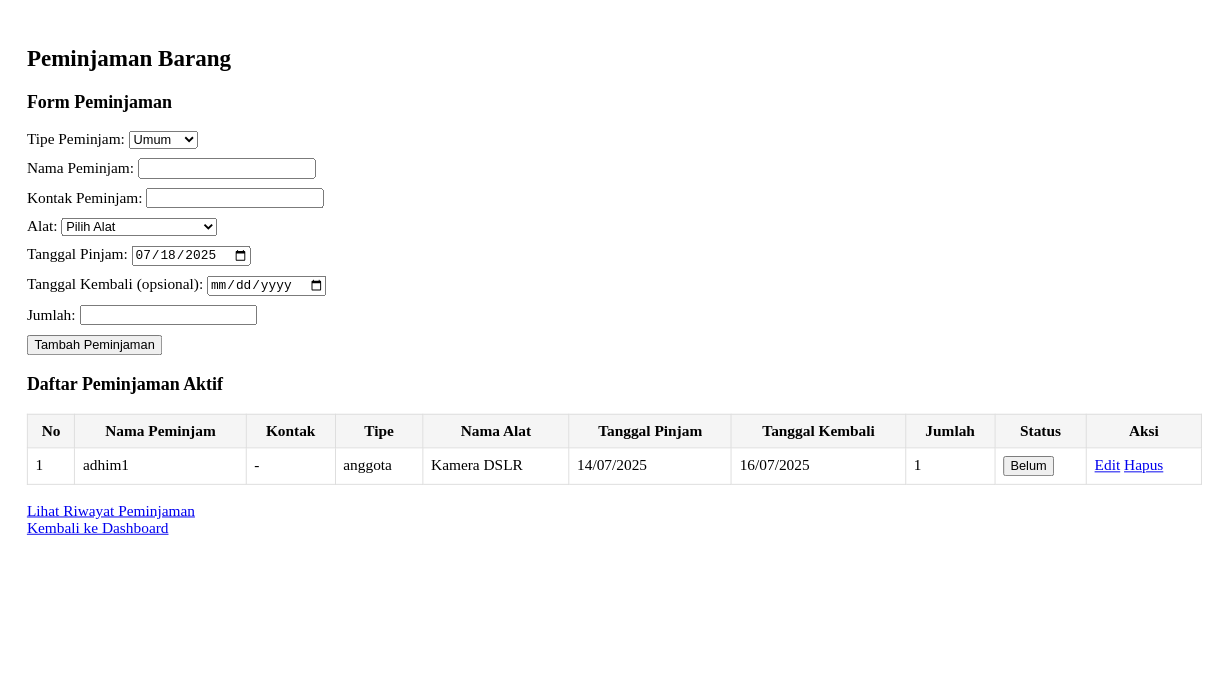
Repository: fatkquladhim/multimedia_app
Page: http://localhost/admin/peminjaman/peminjaman-barang.php
The author's editor kept a copy of each file at every save. The page is drawn from the files as they stood at one save, then again after the next save.
The browser window is 1280 px wide. The pictures show the whole page, at 96% of full size.
Some web libraries are served in a nearby version. The page is run by PHP 8.4 with error messages shown; the project is at /var/www/html/. The session is filled in as if someone had signed in: {"user_id": 2, "username": "asep", "role": "admin"}. Other server files are loaded and not shown. The database holds what the project's SQL file puts in it.

Above is the page before, as saved 2025-07-18 23:00:50.

### admin/peminjaman/peminjaman-barang.php
<?php
session_start();
if (!isset($_SESSION['user_id']) || $_SESSION['role'] !== 'admin') {
    header('Location: ../../auth/login.php');
    exit;
}

require_once '../../includes/db_config.php';
$conn = new mysqli(DB_HOST, DB_USER, DB_PASS, DB_NAME);

// Ambil daftar peminjaman aktif saja (belum dikembalikan)
$query = "SELECT pb.*, a.nama as nama_anggota, al.nama_alat as nama_alat,
          CASE
              WHEN pb.tipe_peminjam = 'umum' THEN pb.nama_peminjam
              ELSE a.nama
          END as nama_peminjam,
          CASE
              WHEN pb.tipe_peminjam = 'umum' THEN pb.kontak_peminjam
              ELSE '-'
          END as kontak
          FROM peminjaman_barang pb
          LEFT JOIN anggota a ON pb.id_anggota = a.id
          LEFT JOIN alat al ON pb.id_alat = al.id
          WHERE pb.status = 'dipinjam'
          ORDER BY pb.tanggal_pinjam DESC";
$result = $conn->query($query);

// Ambil daftar anggota untuk form peminjaman
$query_anggota = "SELECT id, nama FROM anggota ORDER BY nama";
$anggota = $conn->query($query_anggota);

// Ambil daftar alat untuk form peminjaman
$query_alat = "SELECT id, nama_alat, jumlah FROM alat WHERE jumlah > 0 ORDER BY nama_alat";
$alat = $conn->query($query_alat);

// Proses form peminjaman dan update status pengembalian
if ($_SERVER['REQUEST_METHOD'] === 'POST') {
    // Jika admin klik tombol "Sudah dikembalikan"
    if (isset($_POST['kembalikan_id'])) {
        $id = $_POST['kembalikan_id'];
        $stmt = $conn->prepare("UPDATE peminjaman_barang SET status='dikembalikan', tanggal_kembali=CURDATE() WHERE id=?");
        $stmt->bind_param("i", $id);
        $stmt->execute();
        header("Location: peminjaman-barang.php?status=success&message=Status peminjaman diupdate");
        exit;
    }

    // Proses tambah peminjaman
    $tipe_peminjam = $_POST['tipe_peminjam'];
    $id_alat = $_POST['id_alat'];
    $tanggal_pinjam = !empty($_POST['tanggal_pinjam']) ? $_POST['tanggal_pinjam'] : date('Y-m-d');
    $tanggal_kembali = !empty($_POST['tanggal_kembali']) ? $_POST['tanggal_kembali'] : null;
    $jumlah = $_POST['jumlah'];
    // Validasi stok
    $stmt = $conn->prepare("SELECT jumlah FROM alat WHERE id = ?");
    $stmt->bind_param("i", $id_alat);
    $stmt->execute();
    $result_stok = $stmt->get_result();
    $stok = $result_stok->fetch_assoc();
    if ($stok['jumlah'] >= $jumlah) {
        // Prepare statement berdasarkan tipe peminjam
        if ($tipe_peminjam === 'anggota') {
            if ($tanggal_kembali) {
                $id_anggota = $_POST['id_anggota'];
                $stmt = $conn->prepare("INSERT INTO peminjaman_barang (id_anggota, id_alat, tanggal_pinjam, tanggal_kembali, jumlah, status, tipe_peminjam) VALUES (?, ?, ?, ?, ?, 'dipinjam', 'anggota')");
                $stmt->bind_param("iissi", $id_anggota, $id_alat, $tanggal_pinjam, $tanggal_kembali, $jumlah);
            } else {
                $id_anggota = $_POST['id_anggota'];
                $stmt = $conn->prepare("INSERT INTO peminjaman_barang (id_anggota, id_alat, tanggal_pinjam, jumlah, status, tipe_peminjam) VALUES (?, ?, ?, ?, 'dipinjam', 'anggota')");
                $stmt->bind_param("iisi", $id_anggota, $id_alat, $tanggal_pinjam, $jumlah);
            }
        } else {
            $nama_peminjam = $_POST['nama_peminjam'];
            $kontak_peminjam = $_POST['kontak_peminjam'];
            if ($tanggal_kembali) {
                $stmt = $conn->prepare("INSERT INTO peminjaman_barang (id_alat, tanggal_pinjam, tanggal_kembali, jumlah, status, tipe_peminjam, nama_peminjam, kontak_peminjam) VALUES (?, ?, ?, ?, 'dipinjam', 'umum', ?, ?)");
                $stmt->bind_param("ississ", $id_alat, $tanggal_pinjam, $tanggal_kembali, $jumlah, $nama_peminjam, $kontak_peminjam);
            } else {
                $stmt = $conn->prepare("INSERT INTO peminjaman_barang (id_alat, tanggal_pinjam, jumlah, status, tipe_peminjam, nama_peminjam, kontak_peminjam) VALUES (?, ?, ?, 'dipinjam', 'umum', ?, ?)");
                $stmt->bind_param("isiss", $id_alat, $tanggal_pinjam, $jumlah, $nama_peminjam, $kontak_peminjam);
            }
        }
        if ($stmt->execute()) {
            // Update stok
            $stmt = $conn->prepare("UPDATE alat SET jumlah = jumlah - ? WHERE id = ?");
            $stmt->bind_param("ii", $jumlah, $id_alat);
            $stmt->execute();
            header("Location: peminjaman-barang.php?status=success&message=Peminjaman berhasil ditambahkan");
            exit;
        } else {
            header("Location: peminjaman-barang.php?status=error&message=Gagal menambahkan peminjaman");
            exit;
        }
    } else {
        header("Location: peminjaman-barang.php?status=error&message=Stok tidak mencukupi");
        exit;
    }
}
?>

<!DOCTYPE html>
<html>
<head>
    <title>Peminjaman Barang</title>
    <style>
        .container { padding: 20px; }
        .form-group { margin-bottom: 10px; }
        .alert { padding: 10px; margin-bottom: 10px; border-radius: 4px; }
        .alert-success { background-color: #d4edda; color: #155724; }
        .alert-danger { background-color: #f8d7da; color: #721c24; }
        table { width: 100%; border-collapse: collapse; margin-top: 20px; }
        th, td { padding: 8px; border: 1px solid #ddd; }
        th { background-color: #f5f5f5; }
    </style>
    <script>
        function togglePeminjam() {
            var tipe = document.getElementById('tipe_peminjam').value;
            if (tipe === 'umum') {
                document.getElementById('form_umum').style.display = 'block';
                document.getElementById('form_anggota').style.display = 'none';
                document.getElementById('nama_peminjam').required = true;
                document.getElementById('kontak_peminjam').required = true;
                document.getElementById('id_anggota').required = false;
            } else {
                document.getElementById('form_umum').style.display = 'none';
                document.getElementById('form_anggota').style.display = 'block';
                document.getElementById('nama_peminjam').required = false;
                document.getElementById('kontak_peminjam').required = false;
                document.getElementById('id_anggota').required = true;
            }
        }
        // Panggil saat halaman dimuat
        window.onload = togglePeminjam;
    </script>
</head>
<body>
    <div class="container">
        <h2>Peminjaman Barang</h2>

        <?php if (isset($_GET['status']) && isset($_GET['message'])): ?>
            <div class="alert alert-<?php echo $_GET['status'] === 'success' ? 'success' : 'danger'; ?>">
                <?php echo htmlspecialchars($_GET['message']); ?>
            </div>
        <?php endif; ?>

        <h3>Form Peminjaman</h3>
        <form method="POST">
            <div class="form-group">
                <label>Tipe Peminjam:</label>
                <select name="tipe_peminjam" id="tipe_peminjam" onchange="togglePeminjam()" required>
                    <option value="umum">Umum</option>
                    <option value="anggota">Anggota</option>
                </select>
            </div>

            <div id="form_umum">
                <div class="form-group">
                    <label>Nama Peminjam:</label>
                    <input type="text" name="nama_peminjam" id="nama_peminjam">
                </div>
                <div class="form-group">
                    <label>Kontak Peminjam:</label>
                    <input type="text" name="kontak_peminjam" id="kontak_peminjam">
                </div>
            </div>

            <div id="form_anggota" style="display:none">
                <div class="form-group">
                    <label>Pilih Anggota:</label>
                    <select name="id_anggota" id="id_anggota">
                        <option value="">Pilih Anggota</option>
                        <?php while($row = $anggota->fetch_assoc()): ?>
                            <option value="<?php echo $row['id']; ?>">
                                <?php echo htmlspecialchars($row['nama']); ?>
                            </option>
                        <?php endwhile; ?>
                    </select>
                </div>
            </div>

            <div class="form-group">
                <label>Alat:</label>
                <select name="id_alat" required>
                    <option value="">Pilih Alat</option>
                    <?php while($row = $alat->fetch_assoc()): ?>
                        <option value="<?php echo $row['id']; ?>">
                            <?php echo htmlspecialchars($row['nama_alat']); ?> (Stok: <?php echo $row['jumlah']; ?>)
                        </option>
                    <?php endwhile; ?>
                </select>
            </div>

            <div class="form-group">
                <label>Tanggal Pinjam:</label>
                <input type="date" name="tanggal_pinjam" value="<?php echo date('Y-m-d'); ?>" required>
            </div>
            <div class="form-group">
                <label>Tanggal Kembali (opsional):</label>
                <input type="date" name="tanggal_kembali">
            </div>

            <div class="form-group">
                <label>Jumlah:</label>
                <input type="number" name="jumlah" min="1" required>
            </div>

            <button type="submit">Tambah Peminjaman</button>
        </form>

        <h3>Daftar Peminjaman Aktif</h3>
        <table>
            <thead>
            <tr>
                <th>No</th>
                <th>Nama Peminjam</th>
                <th>Kontak</th>
                <th>Tipe</th>
                <th>Nama Alat</th>
                <th>Tanggal Pinjam</th>
                <th>Tanggal Kembali</th>
                <th>Jumlah</th>
                <th>Status</th>
                <th>Aksi</th>
            </tr>
            </thead>
            <tbody>
                <?php
                $no = 1;
                while($row = $result->fetch_assoc()):
                ?>
                <tr>
                    <td><?php echo $no++; ?></td>
                    <td><?php echo htmlspecialchars($row['nama_peminjam']); ?></td>
                    <td><?php echo htmlspecialchars($row['kontak']); ?></td>
                    <td><?php echo htmlspecialchars($row['tipe_peminjam']); ?></td>
                    <td><?php echo htmlspecialchars($row['nama_alat']); ?></td>
                    <td>
                        <?php
                        if (!empty($row['tanggal_pinjam']) && $row['tanggal_pinjam'] !== '0000-00-00') {
                            echo date('d/m/Y', strtotime($row['tanggal_pinjam']));
                        } else {
                            echo '-';
                        }
                        ?>
                    </td>
                     <td>
                        <?php
                        if (!empty($row['tanggal_kembali']) && $row['tanggal_kembali'] !== '0000-00-00') {
                            echo date('d/m/Y', strtotime($row['tanggal_kembali']));
                        } else {
                            echo '-';
                        }
                        ?>
                    </td>
                    <td><?php echo $row['jumlah']; ?></td>
                    <td>
                        <?php if ($row['status'] === 'dipinjam'): ?>
                            <form method="POST" style="display:inline;">
                                <input type="hidden" name="kembalikan_id" value="<?php echo $row['id']; ?>">
                                <button type="submit" onclick="return confirm('Tandai sebagai sudah dikembalikan?')">Belum</button>
                            </form>
                        <?php else: ?>
                            Sudah
                        <?php endif; ?>
                    </td>
                    <td>
                        <a href="edit-barang-peminjaman.php?id=<?php echo $row['id']; ?>">Edit</a>
                        <a href="hapus-peminjaman.php?id=<?php echo $row['id']; ?>"
                           onclick="return confirm('Apakah Anda yakin ingin menghapus peminjaman ini?')">Hapus</a>
                    </td>
                </tr>
                <?php endwhile; ?>
            </tbody>
        </table>

        <br>
        <a href="riwayat-peminjaman-barang.php">Lihat Riwayat Peminjaman</a>
        <br>
        <a href="../dashboard.php">Kembali ke Dashboard</a>
    </div>
</body>
</html>

<?php $conn->close(); ?>

### includes/db_config.php
<?php
// Konfigurasi database
define('DB_HOST', 'localhost');
define('DB_USER', 'root'); // ganti jika user database Anda berbeda
define('DB_PASS', '');     // ganti jika ada password database
define('DB_NAME', 'db_multimedia'); // nama database
?>

### db_multimedia (2).sql (the tables this page reads)
CREATE TABLE `alat` (
  `id` int(11) NOT NULL,
  `nama_alat` varchar(100) NOT NULL,
  `jumlah` int(11) DEFAULT 0,
  `kondisi` varchar(50) DEFAULT NULL
) ENGINE=InnoDB DEFAULT CHARSET=utf8mb4 COLLATE=utf8mb4_general_ci;

INSERT INTO `alat` (`id`, `nama_alat`, `jumlah`, `kondisi`) VALUES
(2, 'sapu', 1, 'Baik'),
(3, 'Kamera DSLR', 1, 'Baik'),
(4, 'Tripod', 8, 'Baik'),
(5, 'Lighting Set', 1, 'Baik'),
(6, 'Microphone', 2, 'Baik'),
(7, 'Green Screen', 0, 'Baik');

ALTER TABLE `alat`
  ADD PRIMARY KEY (`id`);

ALTER TABLE `alat`
  MODIFY `id` int(11) NOT NULL AUTO_INCREMENT, AUTO_INCREMENT=9;

CREATE TABLE `anggota` (
  `id` int(11) NOT NULL,
  `nama` varchar(255) NOT NULL,
  `foto` varchar(255) NOT NULL,
  `alamat` text NOT NULL,
  `email` varchar(255) NOT NULL,
  `no_hp` varchar(15) NOT NULL,
  `id_user` int(11) NOT NULL
) ENGINE=InnoDB DEFAULT CHARSET=utf8mb4 COLLATE=utf8mb4_general_ci;

INSERT INTO `anggota` (`id`, `nama`, `foto`, `alamat`, `email`, `no_hp`, `id_user`) VALUES
(21, 'adhim1', 'Feed IG Zapen (Harlah).jpg', 'maloang', 'fatquladhim@gmail.com', '8925489', 21);

ALTER TABLE `anggota`
  ADD PRIMARY KEY (`id`),
  ADD KEY `id_user` (`id_user`);

ALTER TABLE `anggota`
  MODIFY `id` int(11) NOT NULL AUTO_INCREMENT, AUTO_INCREMENT=23;

ALTER TABLE `anggota`
  ADD CONSTRAINT `anggota_ibfk_1` FOREIGN KEY (`id_user`) REFERENCES `users` (`id`) ON DELETE CASCADE;

CREATE TABLE `peminjaman_barang` (
  `id` int(11) NOT NULL,
  `id_anggota` int(11) DEFAULT NULL,
  `id_alat` int(11) DEFAULT NULL,
  `tanggal_pinjam` date DEFAULT NULL,
  `tanggal_kembali` date DEFAULT NULL,
  `jumlah` int(11) DEFAULT NULL,
  `status` enum('dipinjam','dikembalikan') DEFAULT 'dipinjam',
  `tipe_peminjam` enum('anggota','umum') DEFAULT 'anggota',
  `nama_peminjam` varchar(100) DEFAULT NULL,
  `kontak_peminjam` varchar(50) DEFAULT NULL
) ENGINE=InnoDB DEFAULT CHARSET=utf8mb4 COLLATE=utf8mb4_general_ci;

INSERT INTO `peminjaman_barang` (`id`, `id_anggota`, `id_alat`, `tanggal_pinjam`, `tanggal_kembali`, `jumlah`, `status`, `tipe_peminjam`, `nama_peminjam`, `kontak_peminjam`) VALUES
(8, NULL, 6, '2025-07-12', '2025-07-12', 1, 'dikembalikan', 'umum', 'asep', '2'),
(9, NULL, 2, '2025-07-12', '2025-07-13', 11, 'dikembalikan', 'umum', 'asep', '12'),
(10, 21, 3, '2025-07-14', '2025-07-16', 1, 'dipinjam', 'anggota', NULL, NULL);

ALTER TABLE `peminjaman_barang`
  ADD PRIMARY KEY (`id`),
  ADD KEY `id_anggota` (`id_anggota`),
  ADD KEY `id_alat` (`id_alat`);

ALTER TABLE `peminjaman_barang`
  MODIFY `id` int(11) NOT NULL AUTO_INCREMENT, AUTO_INCREMENT=11;

ALTER TABLE `peminjaman_barang`
  ADD CONSTRAINT `peminjaman_barang_ibfk_1` FOREIGN KEY (`id_anggota`) REFERENCES `anggota` (`id`),
  ADD CONSTRAINT `peminjaman_barang_ibfk_2` FOREIGN KEY (`id_alat`) REFERENCES `alat` (`id`);

Loaded but not shown: admin/header.php (172 lines, source omitted); admin/sidebar.php (114 lines, source omitted)

After the next save:
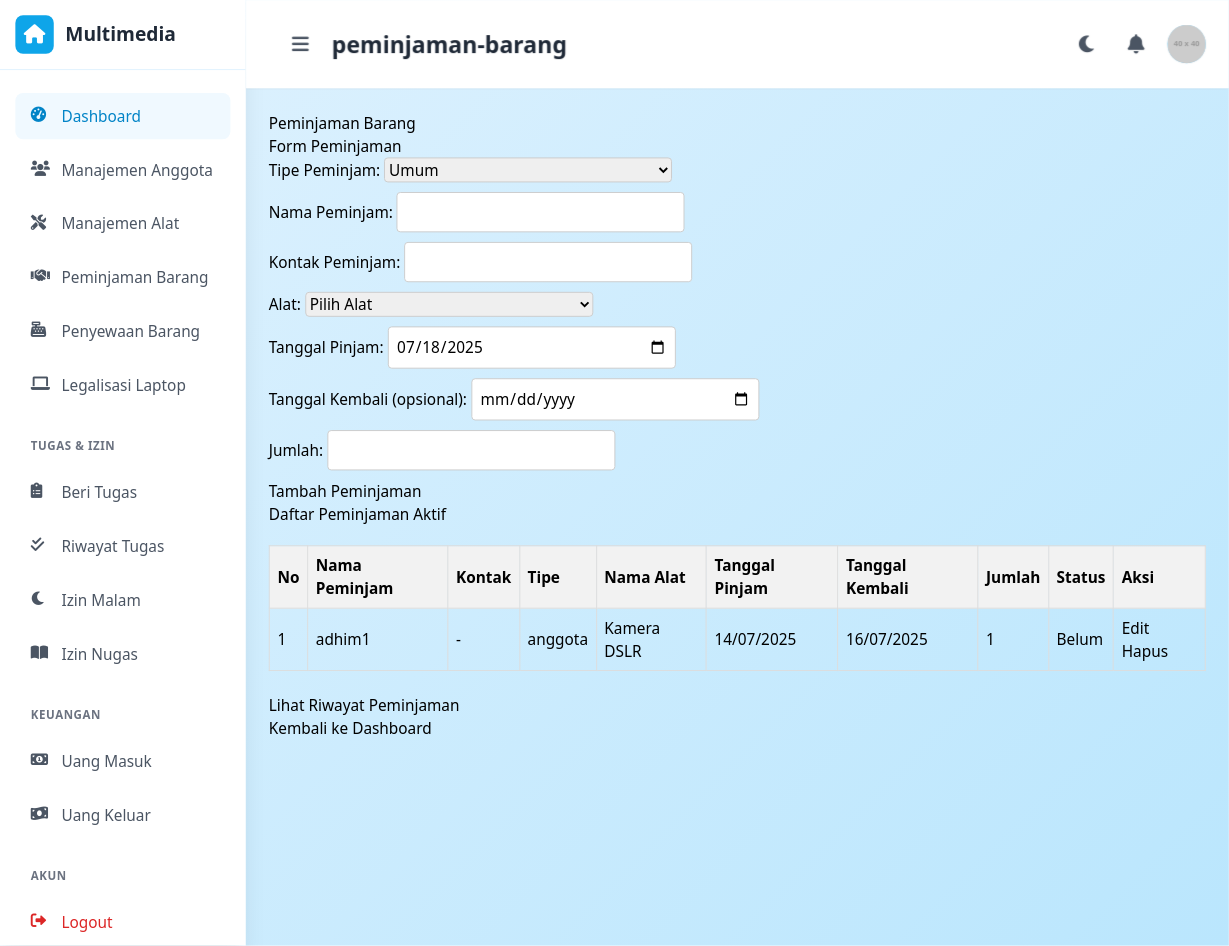
Saved 56 s later.
--- a/admin/peminjaman/peminjaman-barang.php
+++ b/admin/peminjaman/peminjaman-barang.php
@@ -96,44 +96,9 @@ if ($_SERVER['REQUEST_METHOD'] === 'POST') {
         exit;
     }
 }
+include '../header.php'; // Path relatif dari 'anggota/'
 ?>
 
-<!DOCTYPE html>
-<html>
-<head>
-    <title>Peminjaman Barang</title>
-    <style>
-        .container { padding: 20px; }
-        .form-group { margin-bottom: 10px; }
-        .alert { padding: 10px; margin-bottom: 10px; border-radius: 4px; }
-        .alert-success { background-color: #d4edda; color: #155724; }
-        .alert-danger { background-color: #f8d7da; color: #721c24; }
-        table { width: 100%; border-collapse: collapse; margin-top: 20px; }
-        th, td { padding: 8px; border: 1px solid #ddd; }
-        th { background-color: #f5f5f5; }
-    </style>
-    <script>
-        function togglePeminjam() {
-            var tipe = document.getElementById('tipe_peminjam').value;
-            if (tipe === 'umum') {
-                document.getElementById('form_umum').style.display = 'block';
-                document.getElementById('form_anggota').style.display = 'none';
-                document.getElementById('nama_peminjam').required = true;
-                document.getElementById('kontak_peminjam').required = true;
-                document.getElementById('id_anggota').required = false;
-            } else {
-                document.getElementById('form_umum').style.display = 'none';
-                document.getElementById('form_anggota').style.display = 'block';
-                document.getElementById('nama_peminjam').required = false;
-                document.getElementById('kontak_peminjam').required = false;
-                document.getElementById('id_anggota').required = true;
-            }
-        }
-        // Panggil saat halaman dimuat
-        window.onload = togglePeminjam;
-    </script>
-</head>
-<body>
     <div class="container">
         <h2>Peminjaman Barang</h2>
 
@@ -279,6 +244,26 @@ if ($_SERVER['REQUEST_METHOD'] === 'POST') {
         <a href="../dashboard.php">Kembali ke Dashboard</a>
     </div>
 </body>
+ <script>
+        function togglePeminjam() {
+            var tipe = document.getElementById('tipe_peminjam').value;
+            if (tipe === 'umum') {
+                document.getElementById('form_umum').style.display = 'block';
+                document.getElementById('form_anggota').style.display = 'none';
+                document.getElementById('nama_peminjam').required = true;
+                document.getElementById('kontak_peminjam').required = true;
+                document.getElementById('id_anggota').required = false;
+            } else {
+                document.getElementById('form_umum').style.display = 'none';
+                document.getElementById('form_anggota').style.display = 'block';
+                document.getElementById('nama_peminjam').required = false;
+                document.getElementById('kontak_peminjam').required = false;
+                document.getElementById('id_anggota').required = true;
+            }
+        }
+        // Panggil saat halaman dimuat
+        window.onload = togglePeminjam;
+    </script>
 </html>
 
 <?php $conn->close(); ?>
